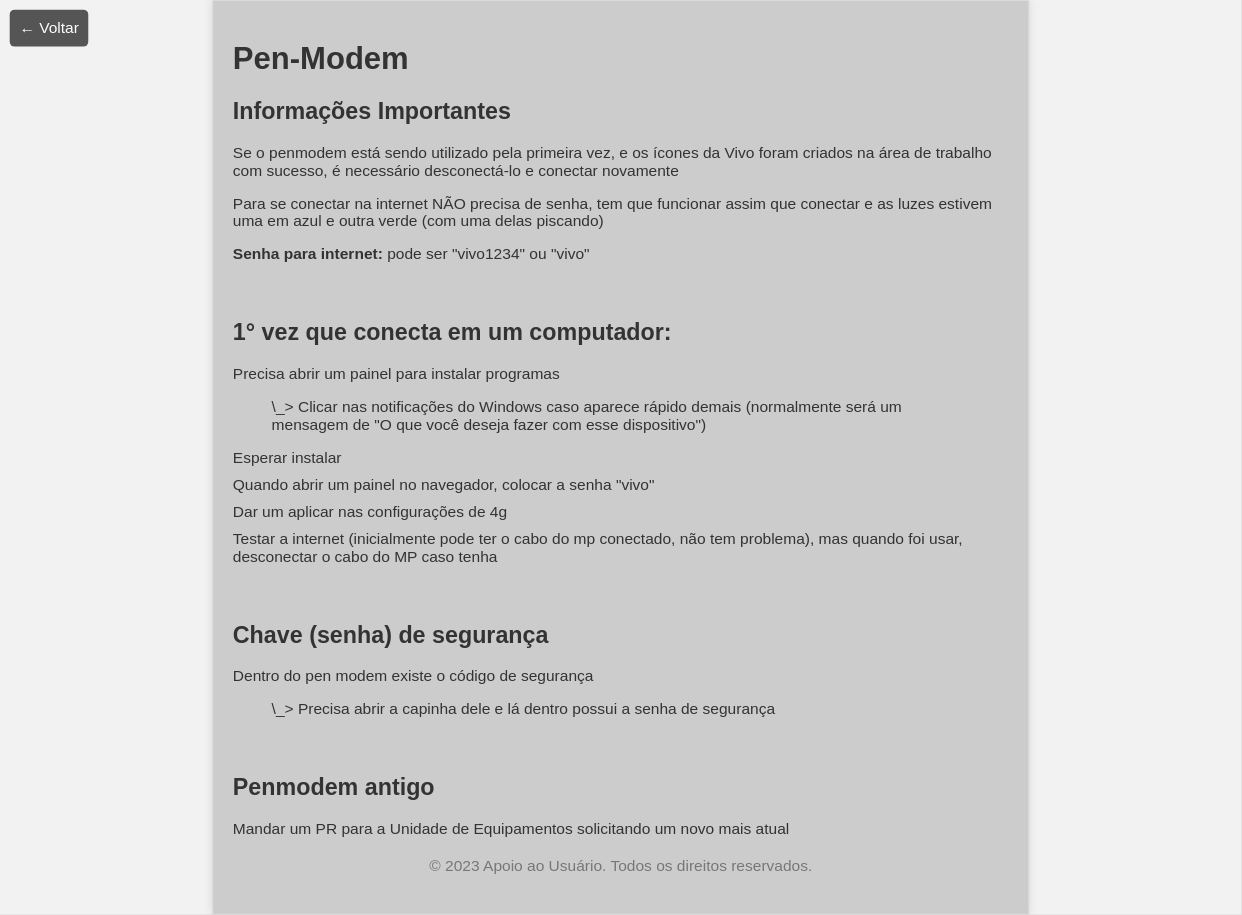
Repository: I4guito/dicasdez
Page: Dicas site/Dicas/penmodem.html
An editor plug-in stored every save of this project. The page is shown before and after the next save, followed by the edit.
The browser window is 1280 px wide. The pictures show the whole page, at 97% of full size.

Above is the page before, as saved 2023-11-29 10:28:30.

### Dicas site/Dicas/penmodem.html
<!DOCTYPE html>
<html lang="pt-br">
<head>
    <meta charset="UTF-8">
    <meta name="viewport" content="width=device-width, initial-scale=1.0">
    <link rel="stylesheet" href="padrao.css">
    <script src="/Dicas site/script.js"></script>
    <title>Pen-Modem</title>
</head>
<body>
    <div class="container">
        <header>
        <a href="javascript:history.back()" class="voltar-btn">&#8592; Voltar</a>
            <h1>Pen-Modem</h1>
        </header>
        <section>
            <h2>Informações Importantes</h2>
            <p>Se o penmodem está sendo utilizado pela primeira vez, e os ícones da Vivo foram criados na área de trabalho com sucesso, é necessário desconectá-lo e conectar novamente</p>
            <p>Para se conectar na internet NÃO precisa de senha, tem que funcionar assim que conectar e as luzes estivem uma em azul e outra verde (com uma delas piscando)</p>
            <ul>
                <li><strong>Senha para internet:</strong> pode ser "vivo1234" ou "vivo"</li>
            </ul>
        </section><br>

        <section>
            <h2>1° vez que conecta em um computador:</h2>
            <ul>
                <li>Precisa abrir um painel para instalar programas
                    <blockquote> \_> Clicar nas notificações do Windows caso aparece rápido demais (normalmente será um mensagem de "O que você deseja fazer com esse dispositivo")</blockquote>
                </li>
                <li>Esperar instalar</li>
                <li>Quando abrir um painel no navegador, colocar a senha "vivo"</li>
                <li>Dar um aplicar nas configurações de 4g</li>
                <li>Testar a internet (inicialmente pode ter o cabo do mp conectado, não tem problema), mas quando foi usar, desconectar o cabo do MP caso tenha</li>
            </ul>
        </section><br>
        <section>



        <h2>Chave (senha) de segurança</h2>
        <ul>
            <li>Dentro do pen modem existe o código de segurança
            <blockquote>\_> Precisa abrir a capinha dele e lá dentro possui a senha de segurança</blockquote>
            </li>
        </ul>
    </section><br>

    <section>
        <h2>Penmodem antigo</h2>
        <p>Mandar um PR para a Unidade de Equipamentos solicitando um novo mais atual</p>
    </section>



        <footer>
            <p>&copy; 2023 Apoio ao Usuário. Todos os direitos reservados.</p>
        </footer>
    </div>
</body>
</html>

### Dicas site/Dicas/padrao.css
body {
    font-family: 'Arial', sans-serif;
    margin: 0;
    padding: 0;
    background-color: #f2f2f2;
    color:#fff
}

.container {
    max-width: 800px;
    margin: 0 auto;
    background-color: #ccc;
    padding: 20px;
    box-shadow: 0 0 10px rgba(0, 0, 0, 0.1);
    border: 1px solid #ddd;
    color: #333;
}

header, section, footer {
    margin-bottom: 20px;
}

header h1, section h2 {
    color: #333;
}

ul {
    list-style: none;
    padding: 0;
}

li {
    margin-bottom: 10px;
}

footer {
    text-align: center;
    color: #777;
}

.voltar-btn {
    position: absolute;
    left: 10px;
    top: 10px;
    text-decoration: none;
    color: #fff;
    font-size: 16px;
    padding: 10px;
    background-color: #555;
    border: none;
    border-radius: 5px;
    cursor: pointer;
    transition: background-color 0.3s;
}

.voltar-btn:hover {
    background-color: #777;
}

img {

    margin-inline: 5cm;
    max-width: 100%;
    border-radius: 3%;
}

.link-instrucoes {
    font-family:cursive;
    width: 50px;
    left: 10px;
    text-decoration: none;
    color: #fff;
    font-size: 25px;
    padding: 3px;
    background-color: #555;
    border: none;
    border-radius: 10px;
    cursor: pointer;
    transition:  background-color 0.3s;
}

.link-instrucoes:hover {
    background-color:#777
}

### Dicas site/script.js
function filterItems() {
    var searchBar = document.getElementById('searchBar');
    var filter = searchBar.value.toUpperCase();

    var columns = document.getElementsByClassName('column');
    for (var i = 0; i < columns.length; i++) {
        var boxes = columns[i].getElementsByClassName('box');
        for (var j = 0; j < boxes.length; j++) {
            var item = boxes[j];
            var textValue = item.textContent || item.innerText;
            if (textValue.toUpperCase().indexOf(filter) > -1) {
                item.style.display = "";
            } else {
                item.style.display = "none";
            }
        }
    }
}

function openPage(pageName) {
    // Assuming all pages are in the same directory, you can modify the path as needed
    window.location.href = pageName + '.html';
}


    const isOpera = navigator.userAgent.indexOf("OPR") > -1;


    if (isOpera) {
      document.addEventListener("DOMContentLoaded", function () {
        document.querySelector(".container").style.backgroundColor = "#005c4b"; /* Azul claro para o Opera */
        document.querySelector(".container").style.color = "#333";
      });
    }

After the next save:
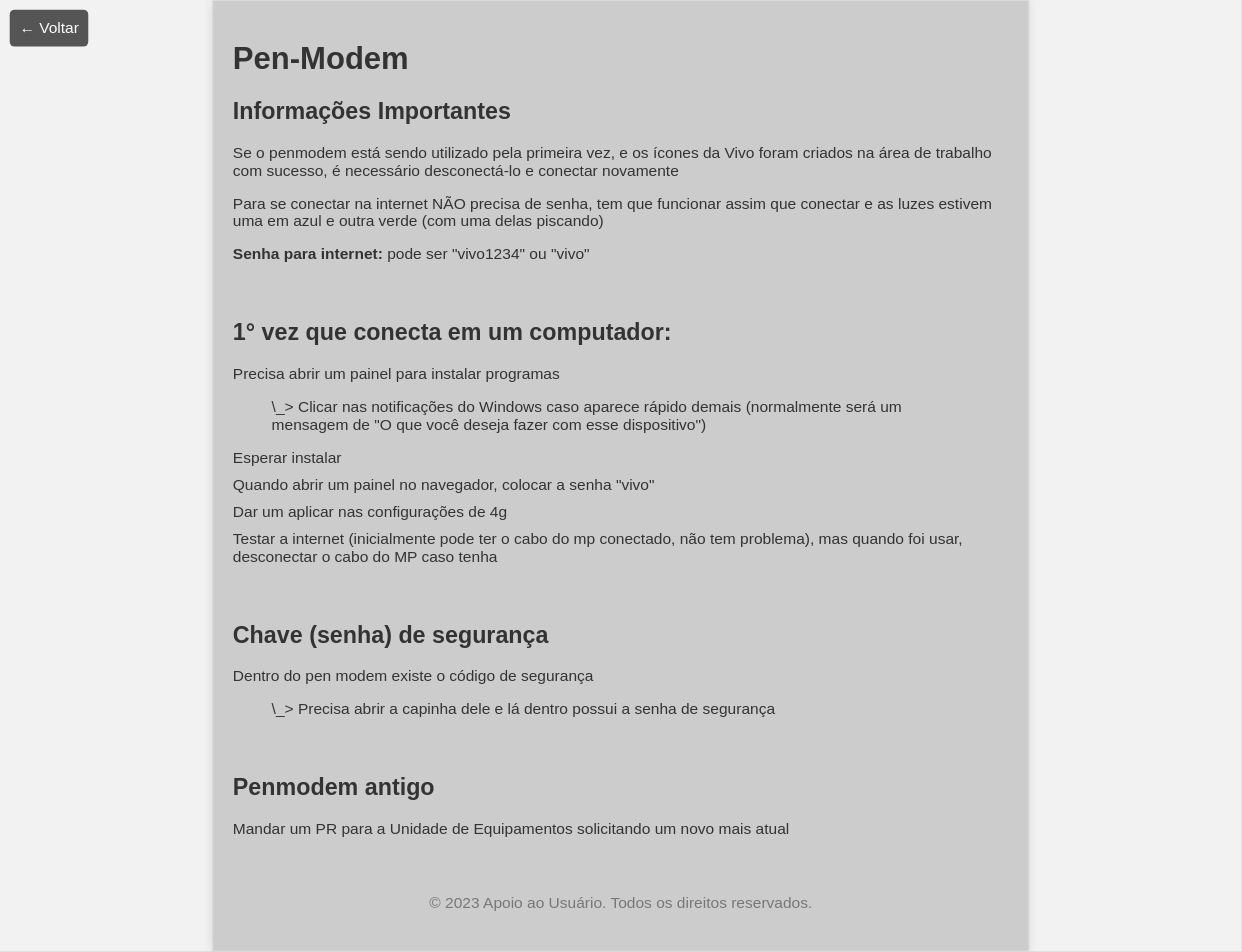
Saved 9 s later.
--- a/Dicas site/Dicas/penmodem.html
+++ b/Dicas site/Dicas/penmodem.html
@@ -49,6 +49,9 @@
     <section>
         <h2>Penmodem antigo</h2>
         <p>Mandar um PR para a Unidade de Equipamentos solicitando um novo mais atual</p>
+    </section><br>
+    <section>
+
     </section>
 
 
